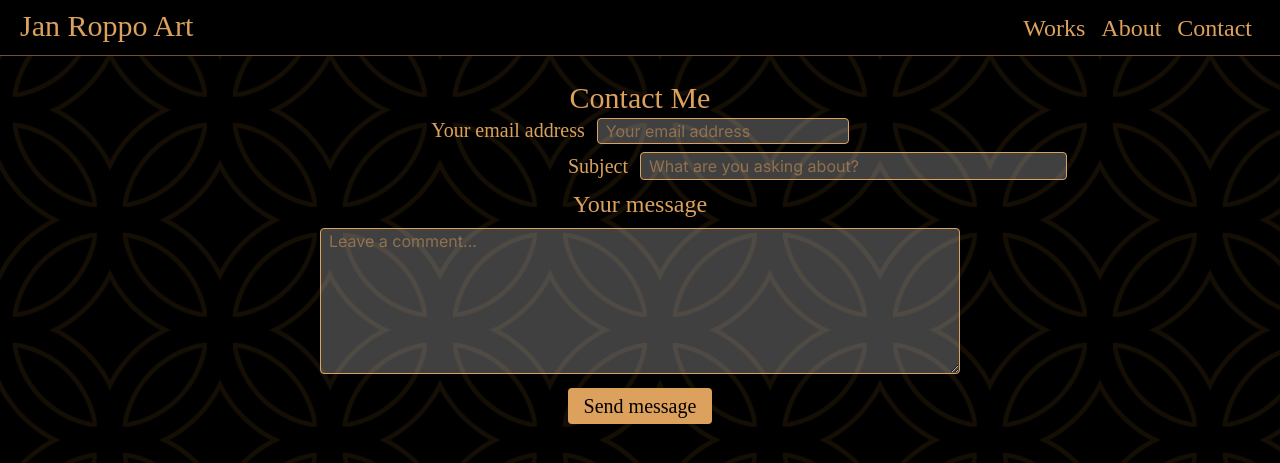
Repository: YanceMcFinn/JRArt
Page: /contact
These files come from the project's save history. The page is drawn as it stood at one moment and after the next save; the edit follows.
The browser window is 1280 px wide. The pictures show the whole page.
Some web fonts or font styles are not loaded; a fallback is used. The project was rebuilt for these pictures with package versions that can differ from the ones it lists, and the page was loaded fresh each time. The framework's server and built-in components were replaced by stand-ins that run in the browser. Also part of the build but not shown: next.config.js.

Above is the page before, as saved 2023-10-28 22:41:05.

After the next save:
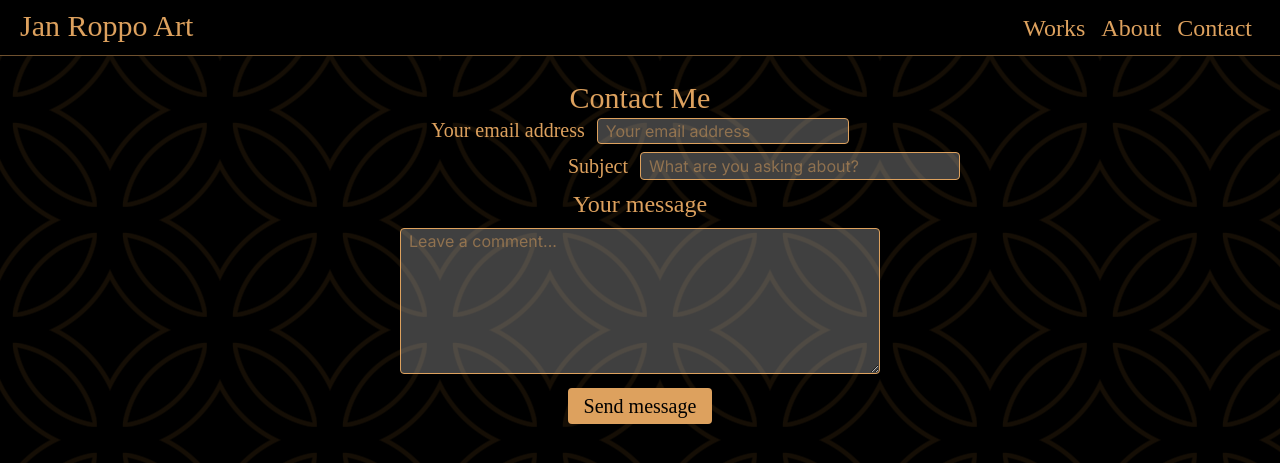
Saved 62 s later.
--- a/app/contact/page.jsx
+++ b/app/contact/page.jsx
@@ -6,7 +6,7 @@ export default function Contact() {
     return(
         <div className='text-main-color text-center justify-content-center mt-20'>
             <div className='title text-center text-3xl'>Contact Me</div>
-                <form className='w-2/3 mx-auto'>
+                <form className='w-6/12 mx-auto'>
                     <div className='mb-2'>
                         <label for="email" className='pr-3 title text-xl'>Your email address</label>
                         <input type="email" className='rounded px-2 bg-white/25 border border-main-color text-main-color placeholder-main-color/50 focus:border-main-color focus:border-2 focus:outline-none focus:ring-0'id="email" placeholder="Your email address" required/>
